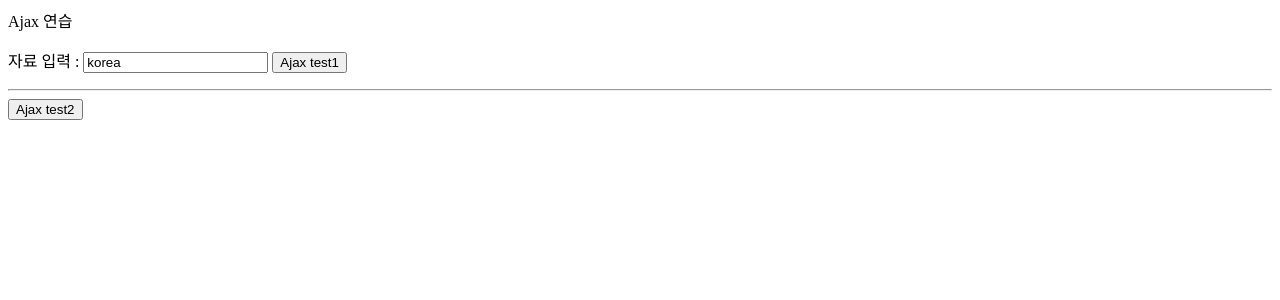
Repository: Jong-hp/Python
Page: django10_ajax/myapp/templates/abc.html
The author's editor kept a copy of each file at every save. The page is drawn from the files as they stood at one save, then again after the next save.
The browser window is 1280 px wide. The pictures show the whole page.

Above is the page before, as saved 2022-10-20 01:45:16.
Console error (its wording comes from the project's code and is left out).

After the next save:
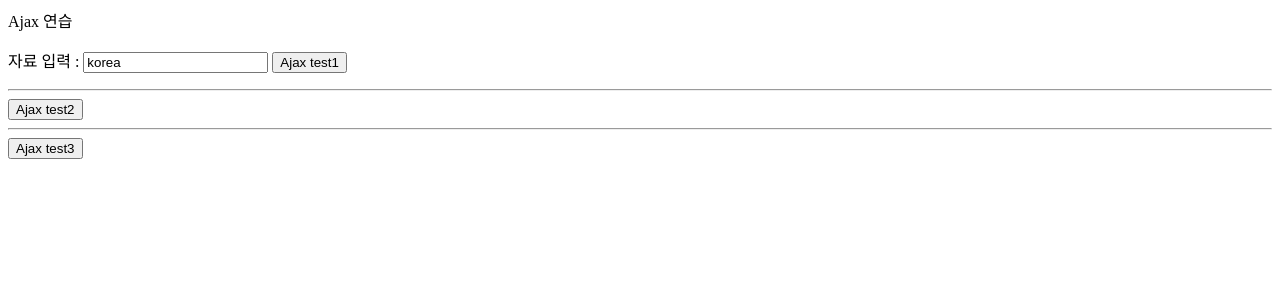
Saved 17 s later.
--- a/django10_ajax/myapp/templates/abc.html
+++ b/django10_ajax/myapp/templates/abc.html
@@ -18,5 +18,8 @@ Ajax 연습<p/>
 <hr>
 <button id="btn2">Ajax test2</button>
 <div id="showData2"></div>
+<hr>
+<button id="btn3">Ajax test3</button>
+<div id="showData3"></div>
 </body>
 </html>
